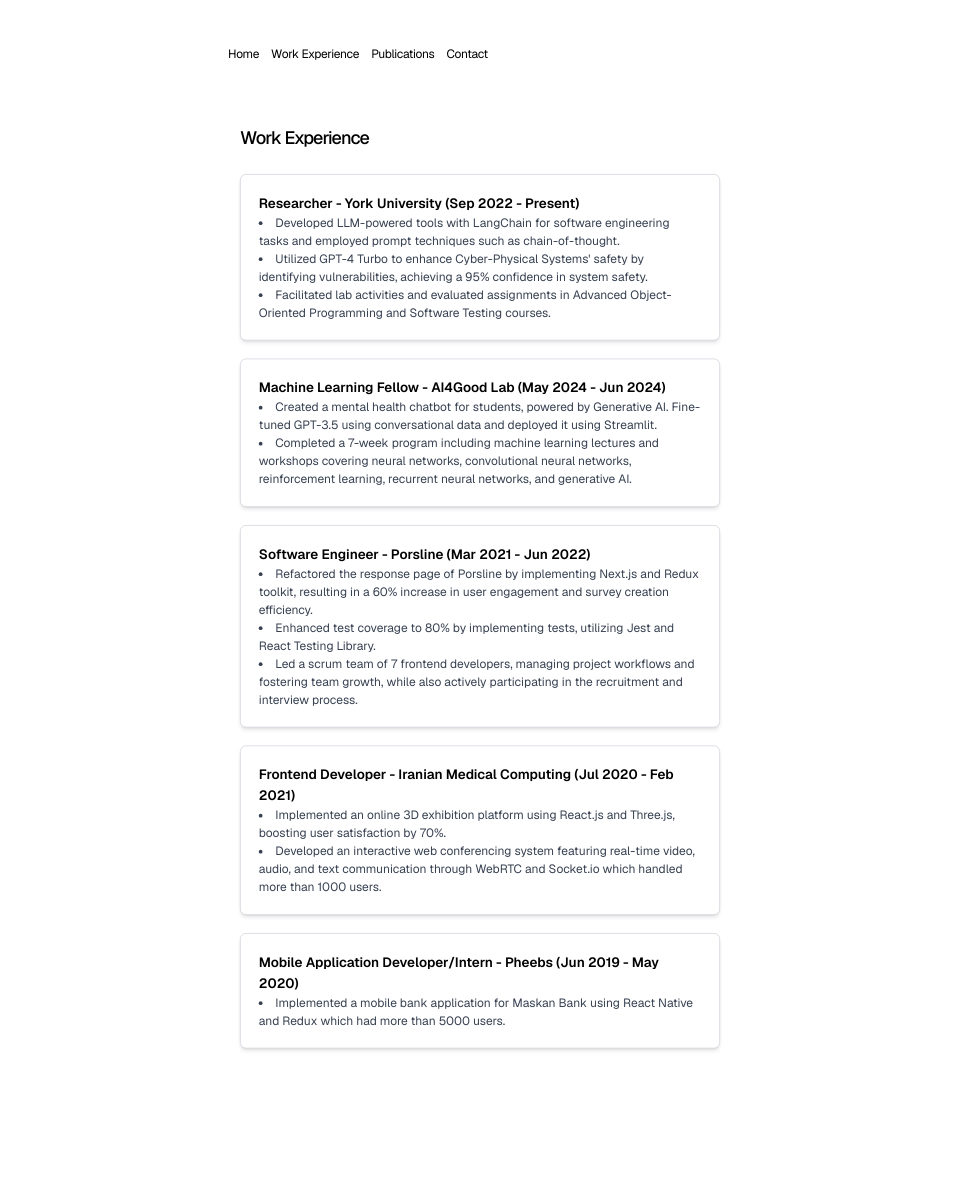
Repository: kimixz/kimixz.github.io
Page: /work
The author's editor kept a copy of each file at every save. The page is drawn from the files as they stood at one save, then again after the next save.
The browser window is 1280 px wide. The pictures show the whole page, at 75% of full size.
The project was rebuilt for these pictures with package versions that can differ from the ones it lists, and the page was loaded fresh each time. Some packages were replaced by stand-ins written for this rebuild. The framework's server and built-in components were replaced by stand-ins that run in the browser. Also part of the build but not shown: next.config.mjs, app/blog/[slug]/sandpack.tsx.

Above is the page before, as saved 2024-07-28 16:48:26.

After the next save:
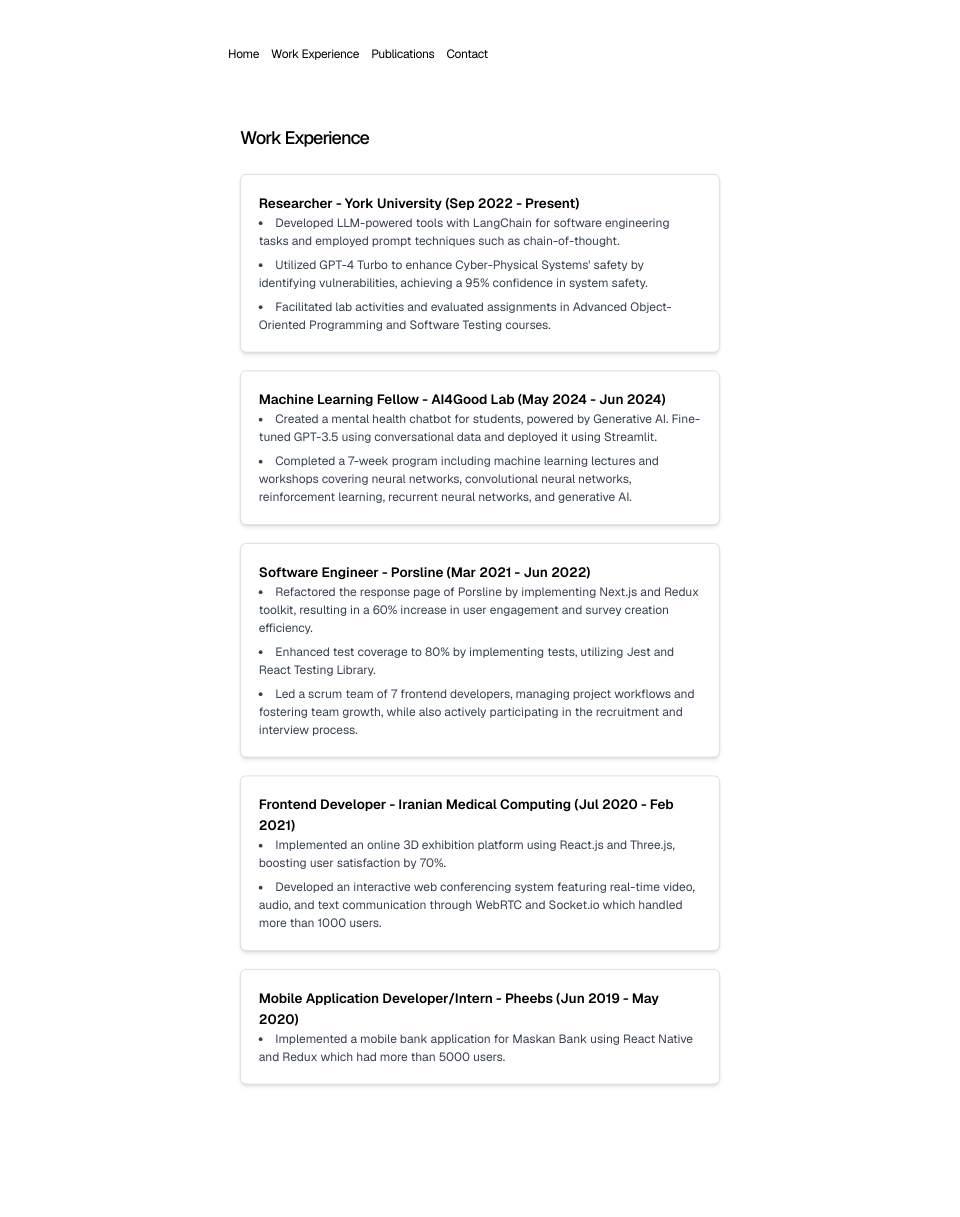
Saved 45 s later.
--- a/app/work/page.tsx
+++ b/app/work/page.tsx
@@ -6,7 +6,7 @@ export default function Page() {
       <div className="space-y-6">
         <div className="p-6 border border-gray-300 dark:border-gray-700 rounded-lg bg-white dark:bg-gray-900 shadow-md">
           <h2 className="font-semibold text-lg">Researcher - York University (Sep 2022 - Present)</h2>
-          <ul className="list-disc list-inside text-gray-700 dark:text-gray-300">
+          <ul className="list-disc list-inside text-gray-700 dark:text-gray-300 space-y-2">
             <li>Developed LLM-powered tools with LangChain for software engineering tasks and employed prompt techniques such as chain-of-thought.</li>
             <li>Utilized GPT-4 Turbo to enhance Cyber-Physical Systems' safety by identifying vulnerabilities, achieving a 95% confidence in system safety.</li>
             <li>Facilitated lab activities and evaluated assignments in Advanced Object-Oriented Programming and Software Testing courses.</li>
@@ -14,14 +14,14 @@ export default function Page() {
         </div>
         <div className="p-6 border border-gray-300 dark:border-gray-700 rounded-lg bg-white dark:bg-gray-900 shadow-md">
           <h2 className="font-semibold text-lg">Machine Learning Fellow - AI4Good Lab (May 2024 - Jun 2024)</h2>
-          <ul className="list-disc list-inside text-gray-700 dark:text-gray-300">
+          <ul className="list-disc list-inside text-gray-700 dark:text-gray-300 space-y-2">
             <li>Created a mental health chatbot for students, powered by Generative AI. Fine-tuned GPT-3.5 using conversational data and deployed it using Streamlit.</li>
             <li>Completed a 7-week program including machine learning lectures and workshops covering neural networks, convolutional neural networks, reinforcement learning, recurrent neural networks, and generative AI.</li>
           </ul>
         </div>
         <div className="p-6 border border-gray-300 dark:border-gray-700 rounded-lg bg-white dark:bg-gray-900 shadow-md">
           <h2 className="font-semibold text-lg">Software Engineer - Porsline (Mar 2021 - Jun 2022)</h2>
-          <ul className="list-disc list-inside text-gray-700 dark:text-gray-300">
+          <ul className="list-disc list-inside text-gray-700 dark:text-gray-300 space-y-2">
             <li>Refactored the response page of Porsline by implementing Next.js and Redux toolkit, resulting in a 60% increase in user engagement and survey creation efficiency.</li>
             <li>Enhanced test coverage to 80% by implementing tests, utilizing Jest and React Testing Library.</li>
             <li>Led a scrum team of 7 frontend developers, managing project workflows and fostering team growth, while also actively participating in the recruitment and interview process.</li>
@@ -29,14 +29,14 @@ export default function Page() {
         </div>
         <div className="p-6 border border-gray-300 dark:border-gray-700 rounded-lg bg-white dark:bg-gray-900 shadow-md">
           <h2 className="font-semibold text-lg">Frontend Developer - Iranian Medical Computing (Jul 2020 - Feb 2021)</h2>
-          <ul className="list-disc list-inside text-gray-700 dark:text-gray-300">
+          <ul className="list-disc list-inside text-gray-700 dark:text-gray-300 space-y-2">
             <li>Implemented an online 3D exhibition platform using React.js and Three.js, boosting user satisfaction by 70%.</li>
             <li>Developed an interactive web conferencing system featuring real-time video, audio, and text communication through WebRTC and Socket.io which handled more than 1000 users.</li>
           </ul>
         </div>
         <div className="p-6 border border-gray-300 dark:border-gray-700 rounded-lg bg-white dark:bg-gray-900 shadow-md">
           <h2 className="font-semibold text-lg">Mobile Application Developer/Intern - Pheebs (Jun 2019 - May 2020)</h2>
-          <ul className="list-disc list-inside text-gray-700 dark:text-gray-300">
+          <ul className="list-disc list-inside text-gray-700 dark:text-gray-300 space-y-2">
             <li>Implemented a mobile bank application for Maskan Bank using React Native and Redux which had more than 5000 users.</li>
           </ul>
         </div>
